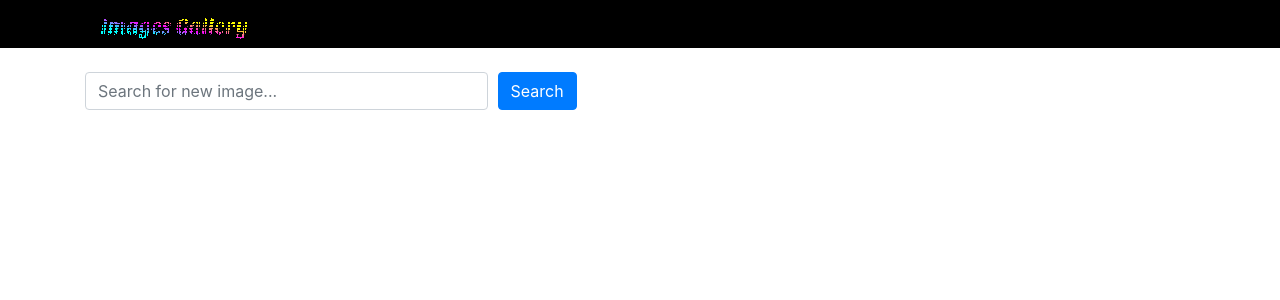
Repository: Zolds403/images-gallery
Page: / (app in frontend/)
These files come from the project's save history. The page is drawn as it stood at one moment and after the next save; the edit follows.
The browser window is 1280 px wide. The pictures show the whole page.
The project was rebuilt for these pictures with package versions that can differ from the ones it lists, and the page was loaded fresh each time. Also part of the build but not shown: frontend/src/components/ImageCard.js.

Above is the page before, as saved 2021-06-07 21:08:00.

### frontend/src/index.js
//jshint esversion:6
import React from 'react';
import ReactDOM from 'react-dom';
import './css/index.css';
import App from './App';
ReactDOM.render(
  <React.StrictMode>
    <App />
  </React.StrictMode>,
  document.getElementById('root')
);

### frontend/src/App.js
//jshint esversion:9
import { useState } from 'react';
import 'bootstrap/dist/css/bootstrap.min.css';
import Header from './components/Header';
import Search from './components/Search';
import ImageCard from './components/ImageCard';
import { Container, Row, Col } from 'react-bootstrap';

const UNSPLASH_KEY = process.env.REACT_APP_UNSPLASH_KEY;

const App = () => {
  const [word, setWord] = useState('');
  const [images, setImages] = useState([]);

  console.log(images);

  const handleSearchSubmit = (e) => {
    e.preventDefault();
    console.log(word);
    fetch(
      `https://api.unsplash.com/photos/random/?query=${word}&client_id=${UNSPLASH_KEY}`
    )
      .then((res) => res.json())
      .then((data) => {
        setImages([{ ...data, title: word }, ...images]);
      })
      .catch((err) => {
        console.log(err);
      });

    setWord('');
  };

  const handleDeleteImage = (id) => {
    setImages(images.filter((image) => image.id !== id));
  };

  return (
    <div>
      <Header title="Images Gallery" />
      <Search word={word} setWord={setWord} handleSubmit={handleSearchSubmit} />
      <Container className="mt-4">
        <Row xs={1} md={2} lg={3}>
          {images.map((image, i) => (
            <Col key={i} className="pb-3">
              <ImageCard image={image} deleteImage={handleDeleteImage} />
            </Col>
          ))}
        </Row>
      </Container>
    </div>
  );
};

export default App;

### frontend/src/components/Header.js
//jshint esversion: 8

import React from 'react';
import { Navbar, Container } from 'react-bootstrap';
import { ReactComponent as Logo } from '../images/logo.svg';

const navBarStyle = {
  backgroundColor: 'black',
};

const Header = (props) => {
  return (
    <Navbar style={navBarStyle} variant="light">
      <Container>
        <Logo style={{ maxWidth: '12rem', maxHeight: '2rem' }} />
      </Container>
    </Navbar>
  );
};

export default Header;

### frontend/src/components/Search.js
//jshint esversion: 8
import React from 'react';
import { Container, Row, Col, Form, Button } from 'react-bootstrap';

const Search = ({ word, setWord, handleSubmit }) => {
  return (
    <Container className="mt-4">
      <Row className="justify-content">
        <Col xs={12} md={8} lg={6}>
          <Form onSubmit={handleSubmit}>
            <Form.Row>
              <Col xs={9}>
                <Form.Control
                  type="text"
                  value={word}
                  onChange={(e) => setWord(e.target.value)}
                  placeholder="Search for new image..."
                />
              </Col>
              <Col>
                <Button variant="primary" type="submit">
                  Search
                </Button>
              </Col>
            </Form.Row>
          </Form>
        </Col>
      </Row>
    </Container>
  );
};

export default Search;

Loaded but not shown: frontend/public/index.html (common file); frontend/src/css/index.css (common file)

After the next save:
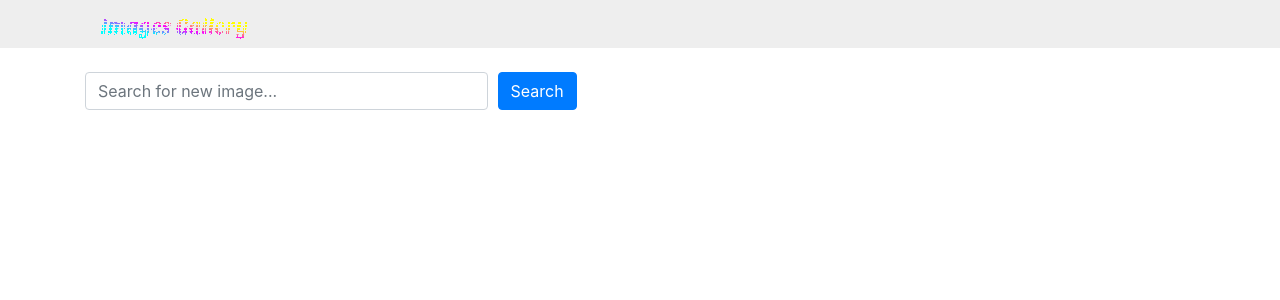
Saved 53 s later.
--- a/frontend/src/components/Header.js
+++ b/frontend/src/components/Header.js
@@ -5,7 +5,7 @@
 import { ReactComponent as Logo } from '../images/logo.svg';
 
 const navBarStyle = {
-  backgroundColor: 'black',
+  backgroundColor: '#eeeeee',
 };
 
 const Header = (props) => {

After the save that followed:
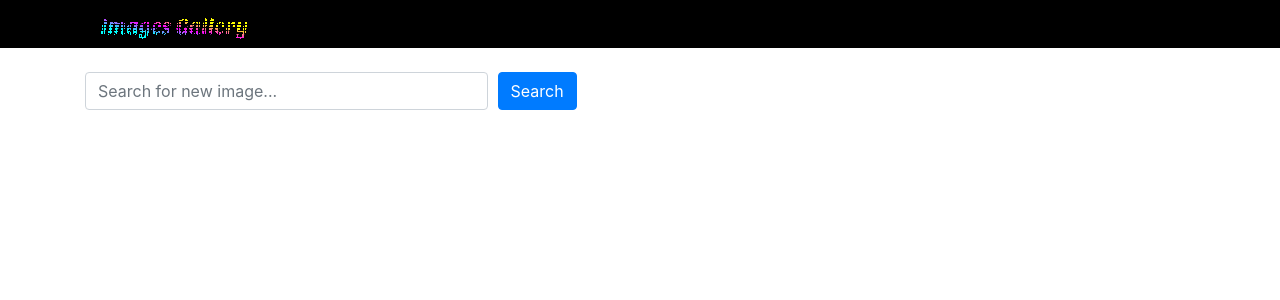
Saved 9 s later.
--- a/frontend/src/components/Header.js
+++ b/frontend/src/components/Header.js
@@ -5,7 +5,7 @@
 import { ReactComponent as Logo } from '../images/logo.svg';
 
 const navBarStyle = {
-  backgroundColor: '#eeeeee',
+  backgroundColor: 'black',
 };
 
 const Header = (props) => {
